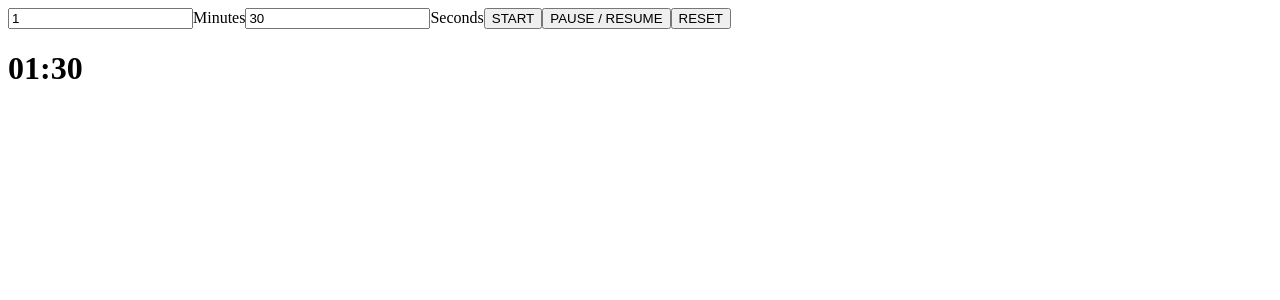
Repository: mariocapitbrok/set-interval-js-timer
Page: /
These files come from the project's save history. The page is drawn as it stood at one moment and after the next save; the edit follows.
The browser window is 1280 px wide. The pictures show the whole page.
The project was rebuilt for these pictures with package versions that can differ from the ones it lists, and the page was loaded fresh each time.

Above is the page before, as saved 2022-07-20 17:33:31.

### src/App.js
import React from 'react'
import Solution from './components/solution'

function App() {
  return (
    <>
      <Solution />
    </>
  )
}

export default App

### src/components/solution.jsx
import React, { Fragment, useState, useEffect } from 'react'

const calculateTime = prevSeconds => {
  const minutes = Math.floor(prevSeconds / 60)
  const seconds = prevSeconds - minutes * 60

  return { minutes, seconds }
}

const twoDigits = number => {
  return number < 10 ? '0' + number : String(number)
}

function Solution() {
  const [config, setConfig] = useState({ minutes: 1, seconds: 30 })
  const [configHistory, setConfigHistory] = useState([])

  const [time, setTime] = useState(null)
  const [minutes, setMinutes] = useState(0)
  const [seconds, setSeconds] = useState(0)

  const [timerId, setTimerId] = useState(null)
  const [start, setStart] = useState(false)
  const [pause, setPause] = useState(false)
  const [stop, setStop] = useState(false)

  const countDown = () => {
    setTime(time => {
      while (time > 0) {
        return time - 1
      }
      return null
    })

    if (time === 0) {
      clearInterval(timerId)
      setTimerId(null)
      setStart(false)
      setStop(true)
      setTime(0)
      return
    }
  }

  const setTimer = () => {
    const newTimerId = setInterval(countDown, 100)
    setConfigHistory([...configHistory, config])
    return newTimerId
  }

  useEffect(() => {
    const newTime = config.minutes * 60 + config.seconds
    setTime(newTime)
    setTimerId(setTimer())
    // eslint-disable-next-line react-hooks/exhaustive-deps
  }, [])

  useEffect(() => {
    setMinutes(calculateTime(time).minutes)
    setSeconds(calculateTime(time).seconds)

    if (minutes === 0 && seconds === 0) {
      if (timerId) stopTimer()
    }
    // eslint-disable-next-line react-hooks/exhaustive-deps
  }, [time])

  const differentValues = () => {
    console.log(configHistory)
    return config !== configHistory[configHistory.length - 1]
  }

  const startTimer = () => {
    if (differentValues()) {
      resetTimer()
      setTimerId(setTimer())
      console.log('different values')
    } else {
      if (start && !stop) return
      if (minutes === 0 && seconds === 0) resetTimer()
      if (timerId) setTimerId(setTimer())
    }

    setStart(true)
    setStop(false)
    console.log(configHistory)
  }

  const pauseTimer = () => {
    if (!time) return
    if (!stop) stopTimer()
    if (!start) startTimer()

    //setStart(false)
    setPause(!pause)
  }

  const resetTimer = () => {
    stopTimer()

    const newTime = config.minutes * 60 + config.seconds
    setTime(newTime)

    setMinutes(config.minutes)
    setSeconds(config.seconds)
    return
  }

  const stopTimer = () => {
    if (timerId) clearInterval(timerId)

    setStop(true)
    setStart(false)
  }

  const handleMinutesChange = minutes => {
    setConfig({ ...config, minutes: Number(minutes) })
    setStart(false)
  }

  const handleSecondsChange = seconds => {
    setConfig({ ...config, seconds: Number(seconds) })
    setStart(false)
  }

  return (
    <Fragment>
      <label>
        <input
          type="number"
          onChange={({ target }) => handleMinutesChange(target.value)}
          value={config.minutes}
        />
        Minutes
      </label>
      <label>
        <input
          type="number"
          onChange={({ target }) => handleSecondsChange(target.value)}
          value={config.seconds}
        />
        Seconds
      </label>

      <button onClick={startTimer} disabled={start ? true : false}>
        START
      </button>
      <button onClick={pauseTimer}>PAUSE / RESUME</button>
      <button onClick={resetTimer}>RESET</button>

      <h1 data-testid="running-clock">{`${twoDigits(minutes)}:${twoDigits(
        seconds
      )}`}</h1>
    </Fragment>
  )
}

export default Solution

Loaded but not shown: public/index.html (common file); src/index.js (common file)

After the next save:
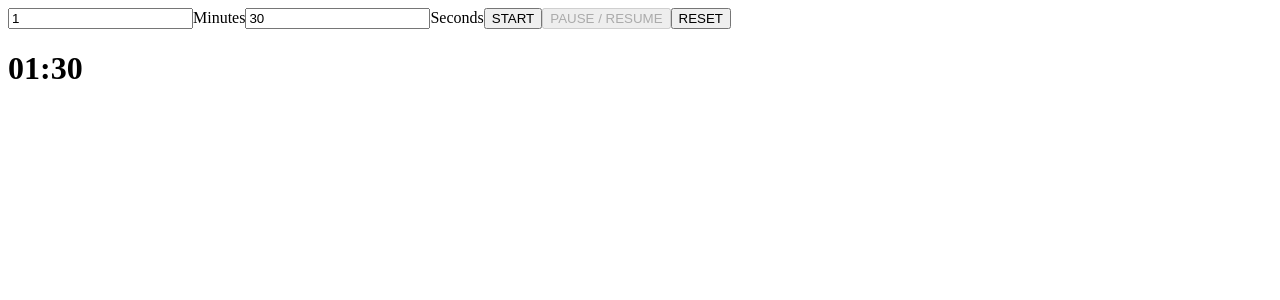
Saved 108 s later.
--- a/src/components/solution.jsx
+++ b/src/components/solution.jsx
@@ -145,7 +145,9 @@
       <button onClick={startTimer} disabled={start ? true : false}>
         START
       </button>
-      <button onClick={pauseTimer}>PAUSE / RESUME</button>
+      <button onClick={pauseTimer} disabled={start ? false : true}>
+        PAUSE / RESUME
+      </button>
       <button onClick={resetTimer}>RESET</button>
 
       <h1 data-testid="running-clock">{`${twoDigits(minutes)}:${twoDigits(

After the 5 saves that followed:
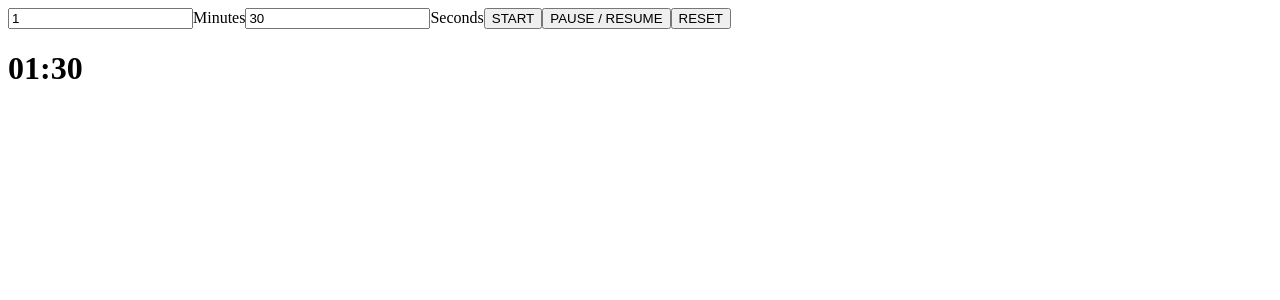
The 5 saves are shown as one change because 4 left the picture as it was.
The last was saved 5 min 46 s later.
--- a/src/components/solution.jsx
+++ b/src/components/solution.jsx
@@ -91,7 +91,6 @@
     if (!stop) stopTimer()
     if (!start) startTimer()
 
-    //setStart(false)
     setPause(!pause)
   }
 
@@ -142,12 +141,8 @@
         Seconds
       </label>
 
-      <button onClick={startTimer} disabled={start ? true : false}>
-        START
-      </button>
-      <button onClick={pauseTimer} disabled={start ? false : true}>
-        PAUSE / RESUME
-      </button>
+      <button onClick={startTimer}>START</button>
+      <button onClick={pauseTimer}>PAUSE / RESUME</button>
       <button onClick={resetTimer}>RESET</button>
 
       <h1 data-testid="running-clock">{`${twoDigits(minutes)}:${twoDigits(
